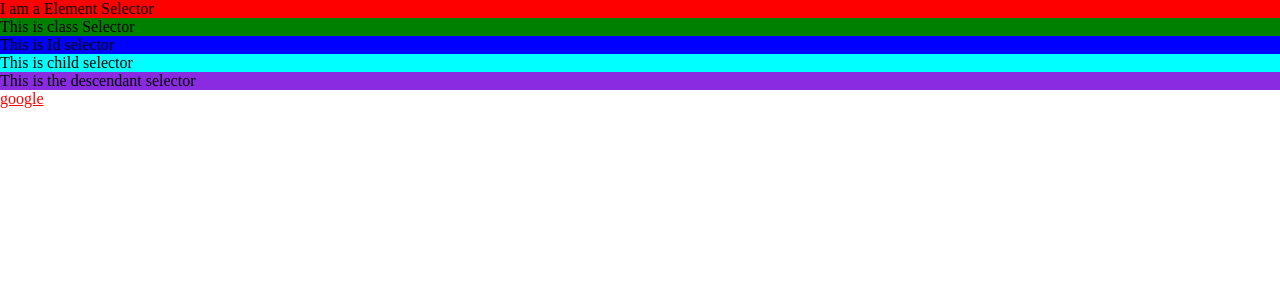
Repository: diensy/Web_dev
Page: first.css/selector.html
An editor plug-in stored every save of this project. The page is shown before and after a run of saves, followed by the edit.
The browser window is 1280 px wide. The pictures show the whole page.
The first visible `a` is being pressed.

Above is the page before, as saved 2024-05-17 23:35:30.

### first.css/selector.html
<!DOCTYPE html>
<html lang="en">
  <head>
    <meta charset="UTF-8" />
    <meta name="viewport" content="width=device-width, initial-scale=1.0" />
    <title>CSS Selector</title>
    <style>
      /* Element Selctor */
      div {
        background-color: red;
      }
      /* CLass Selector */
      .div {
        background-color: green;
      }
      /* Id selector */
      #blue {
        background-color: blue;
      }
      /* Child selector */
      span > p {
        background-color: aqua;
      }
      /* Descendant selector */
      div p {
        background-color: blueviolet;
      }
      /* universal selector */
      * {
        margin: 0;
        padding: 0;
      }
      /* pseudo Selector */
      a:visited {
        color: black;
      }
      a:active{

      }
    </style>
  </head>
  <body>
    <div>I am a Element Selector</div>
    <div class="div">This is class Selector</div>
    <div id="blue">This is Id selector</div>
    <span><p>This is child selector</p></span>
    <div>
      <article>
        <p>This is the descendant selector</p>
      </article>
    </div>

    <a href="https://www.google.com">google</a>
  </body>
</html>

After the next 2 saves:
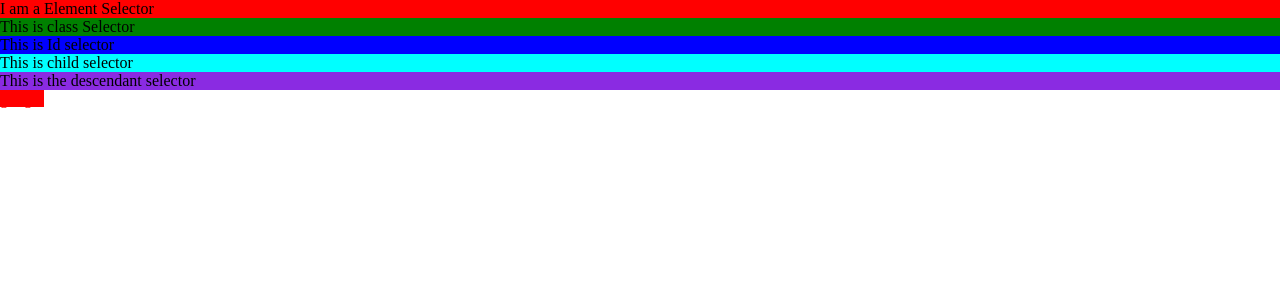
The 2 saves are shown as one change because they came seconds apart.
The last was saved 8 s later.
--- a/first.css/selector.html
+++ b/first.css/selector.html
@@ -34,8 +34,8 @@
       a:visited {
         color: black;
       }
-      a:active{
-
+      a:active {
+        background-color: red;
       }
     </style>
   </head>
